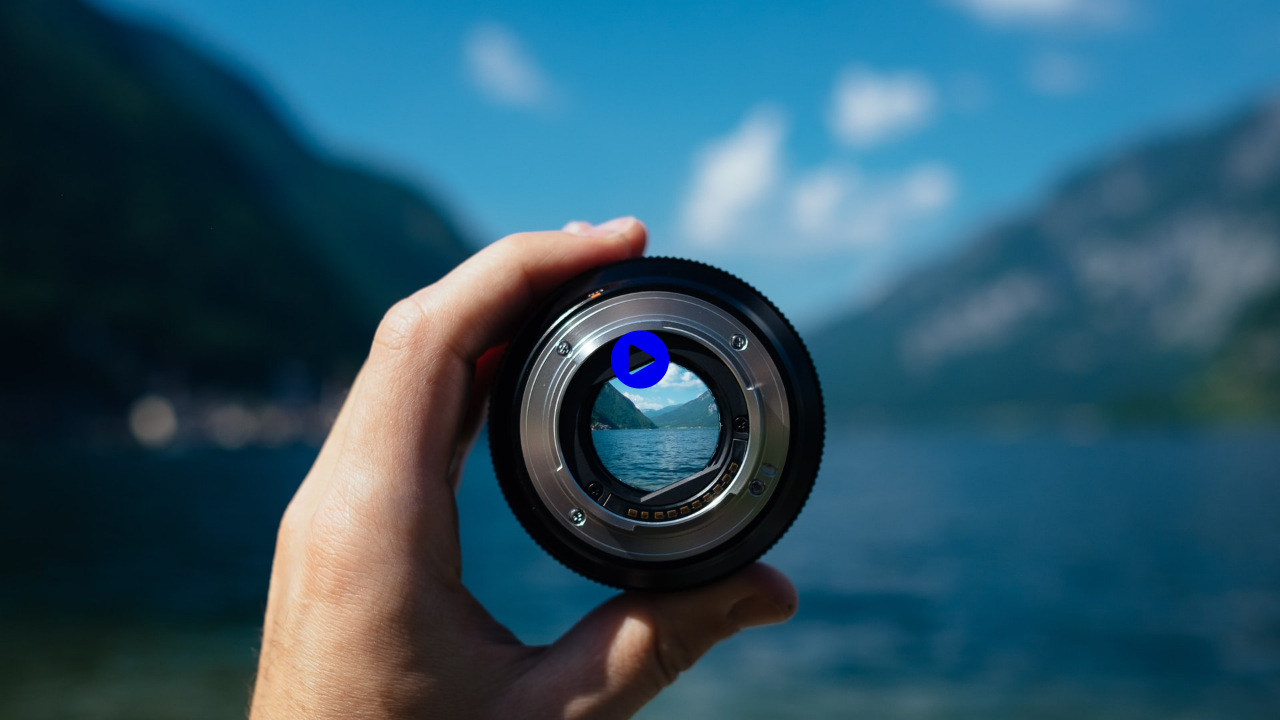
Repository: DogukanSAVA/PopUp
Page: index.html
An editor plug-in stored every save of this project. The page is shown before and after the next save, followed by the edit.
The browser window is 1280 px wide. The pictures show the whole page.
Some web libraries are served in a nearby version.

Above is the page before, as saved 2021-09-22 11:44:07.

### index.html
<!DOCTYPE html>
<html lang="en">

<head>
    <meta charset="UTF-8">
    <meta name="viewport" content="width=device-width, initial-scale=1.0">
    <title>Popup Video</title>
    <link rel="stylesheet" href="https://cdnjs.cloudflare.com/ajax/libs/font-awesome/5.14.0/css/all.min.css">
    <link rel="stylesheet" href="app.css">

</head>

<body id="top">


    <a href="#popup">
        <i class="fas fa-play-circle"></i>
    </a>

    <div id="popup">
        <div class="popup">
            <video class="popup-video" controls loop>
                <source src="10secondvideo.mp4">
            </video>

        </div>
        <div class="popup-close">
            <a href="#top"><i class="fas fa-times-circle"></i></a>
        </div>
    </div>

</body>

</html>

### app.css
*,
*:before,
*::after {
  margin: 0;
  padding: 0;
  box-sizing: border-box;
  border: 0;
}

a {
  text-decoration: none;
}

body {
  width: 100%;
  height: 100vh;
  display: flex;
  align-items: center;
  justify-content: center;
  background: url("paul-skorupskas-7KLa-xLbSXA-unsplash.jpg") no-repeat;
  background-size: cover;
  background-positio

}

#popup {
  background-color: #000;
  position: fixed;
  left: 0;
  top: 0;
  z-index: 1000;
  width: 100%;
  height: 100%;
  display: flex;
  align-items: center;
  justify-content: center;
  opacity: 0;
  visibility: hidden;
  transition: 300ms all;
  -webkit-transition: 300ms all;
  -moz-transition: 300ms all;
  -ms-transition: 300ms all;
  -o-transition: 300ms all;
}
#popup:target {
  opacity: 1;
  visibility: visible;
}
.popup {
  width: 75%;
  height: 600px;
  overflow: hidden;
  transform: scale(0.6);
  -webkit-transform: scale(0.6);
  -moz-transform: scale(0.6);
  -ms-transform: scale(0.6);
  -o-transform: scale(0.6);

  transition: 300ms all;
  -webkit-transition: 300ms all;
  -moz-transition: 300ms all;
  -ms-transition: 300ms all;
  -o-transition: 300ms all;

  position: relative;
}
.popup-video {
  width: 100%;
  height: 100%;
  object-fit: cover;
}
#popup:target .popup {
  transform: scale(1);
  -webkit-transform: scale(1);
  -moz-transform: scale(1);
  -ms-transform: scale(1);
  -o-transform: scale(1);
}
a i {
  font-size: 60px;
}

.popup-close {
  position: absolute;
  left: 50%;
  top: 10%;
  transform: translate(-50%, 0%);
  -webkit-transform: translate(-50%, 0%);
  -moz-transform: translate(-50%, 0%);
  -ms-transform: translate(-50%, 0%);
  -o-transform: translate(-50%, 0%);
}
.popup-close i {
  color: red;
  font-size: 24px;
}

After the next save:
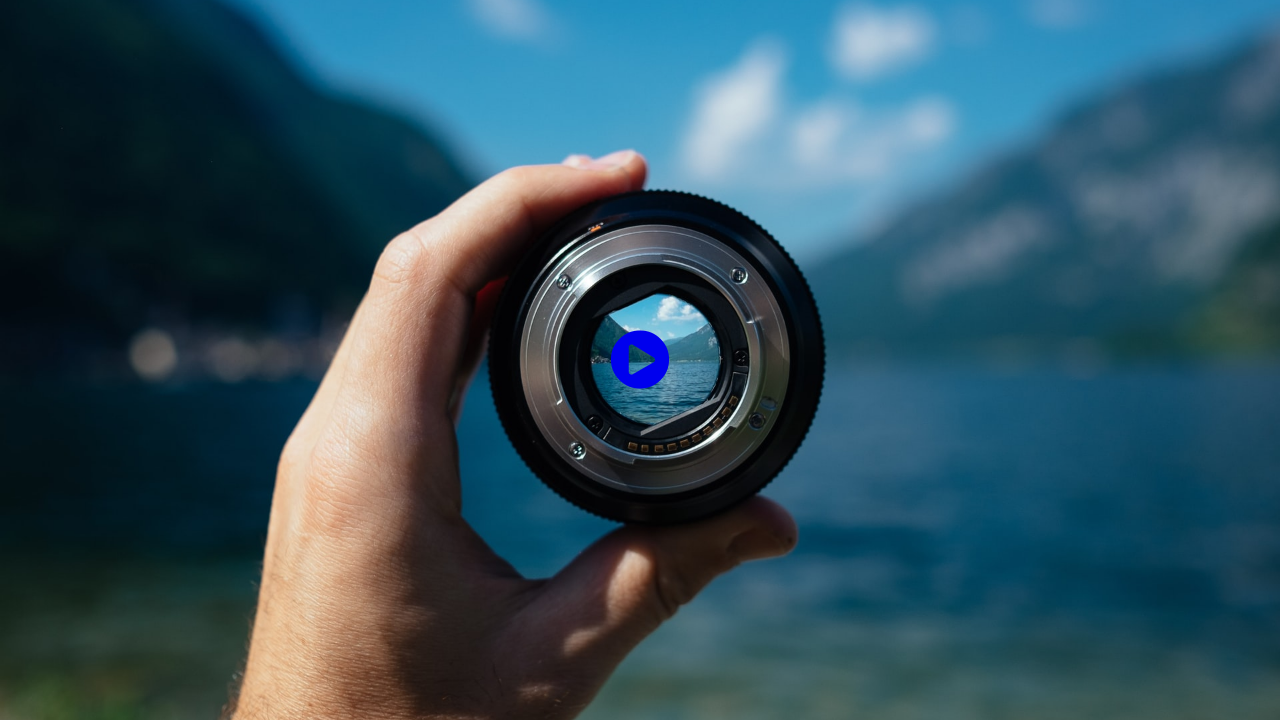
Saved 6 s later.
--- a/app.css
+++ b/app.css
@@ -19,7 +19,7 @@ body {
   justify-content: center;
   background: url("paul-skorupskas-7KLa-xLbSXA-unsplash.jpg") no-repeat;
   background-size: cover;
-  background-positio
+  background-position: center center;
 
 }
 
